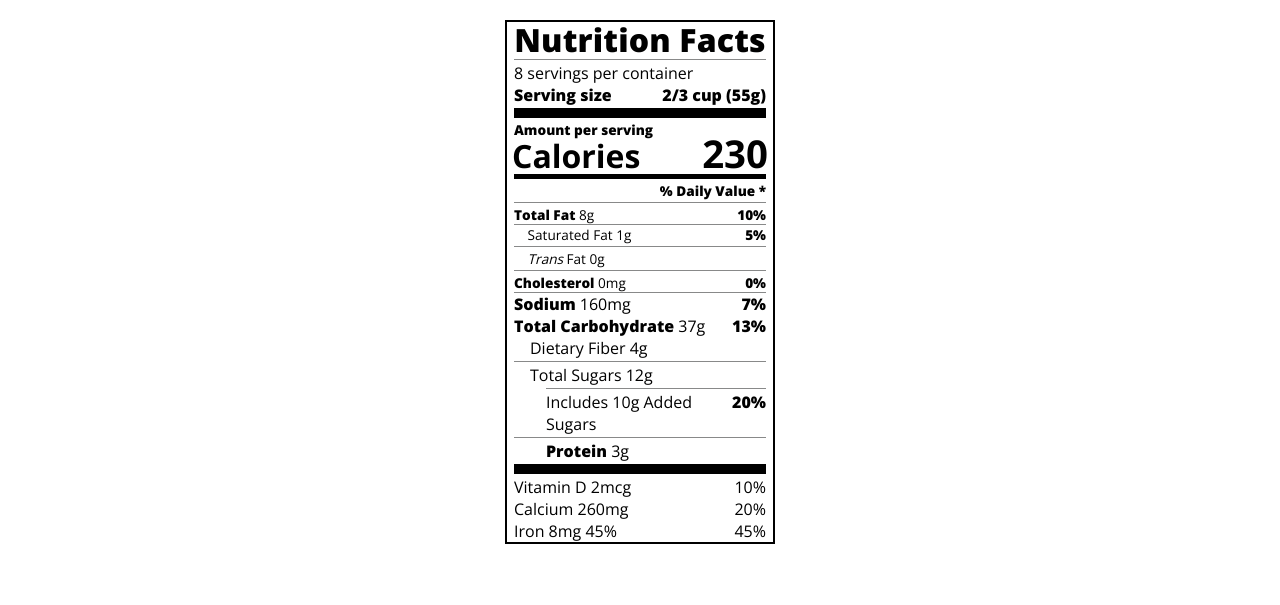
Repository: AimenDje/NutritionLabel
Page: index.html
The author's editor kept a copy of each file at every save. The page is drawn from the files as they stood at one save, then again after the next save.
The browser window is 1280 px wide. The pictures show the whole page.

Above is the page before, as saved 2025-08-31 00:00:58.

After the next save:
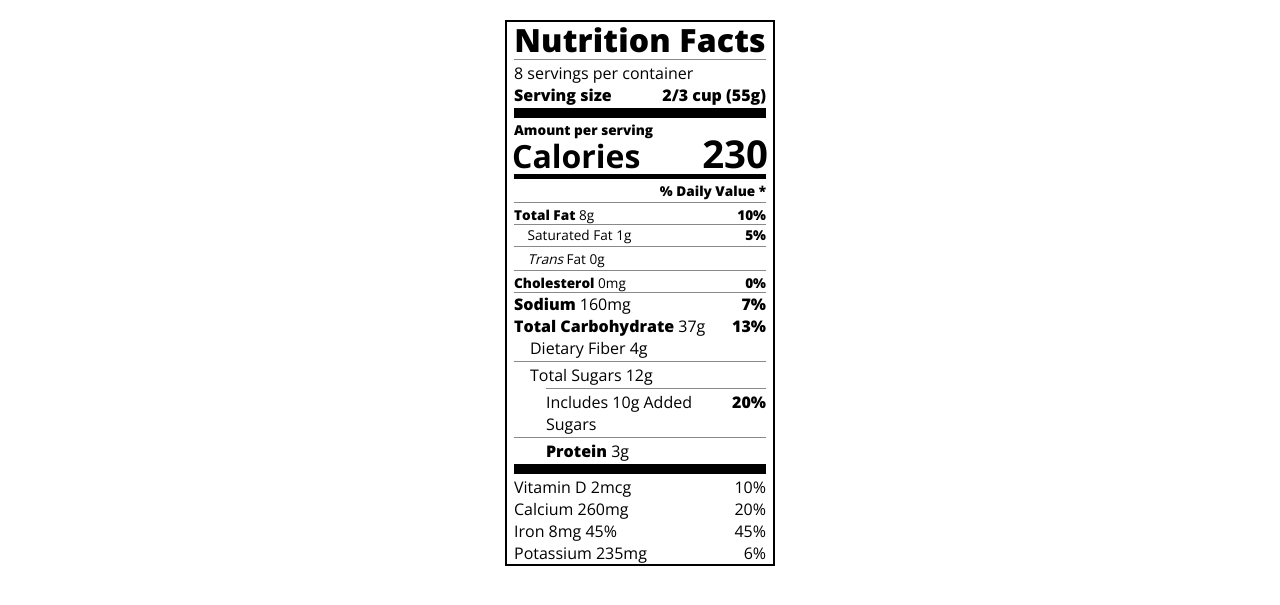
Saved 2 min 32 s later.
--- a/index.html
+++ b/index.html
@@ -48,6 +48,7 @@
       <p>Vitamin D 2mcg <span>10%</span></p>
       <p>Calcium 260mg <span>20%</span></p>
       <p>Iron 8mg 45% <span>45%</span></p>
+       <p class="no-divider">Potassium 235mg <span>6%</span></p>
     </div>
   </div>
   </div>
